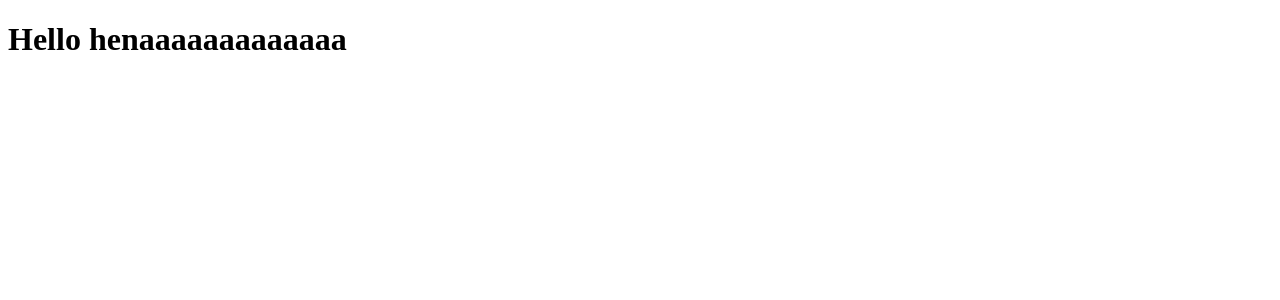
Repository: heenasalim/Java_Script
Page: http://localhost/JsphDemo/Login.jsp
These files come from the project's save history. The page is drawn as it stood at one moment and after the next save; the edit follows.
The browser window is 1280 px wide. The pictures show the whole page.
The page is served by Tomcat 9. Other server files are loaded and not shown.

Above is the page before, as saved 2015-10-15 15:58:21.

### JsphDemo/WebContent/Login.jsp
<%@ page language="java" contentType="text/html; charset=ISO-8859-1"
    pageEncoding="ISO-8859-1"%>
<!DOCTYPE html PUBLIC "-//W3C//DTD HTML 4.01 Transitional//EN" "http://www.w3.org/TR/html4/loose.dtd">
<html>
<head>
<meta http-equiv="Content-Type" content="text/html; charset=ISO-8859-1">
<title>heena  salim   shaikh</title>
</head>
<body>
<h1>Hello   henaaaaaaaaaaaaa  </h1>

</body>
</html>

After the next save:
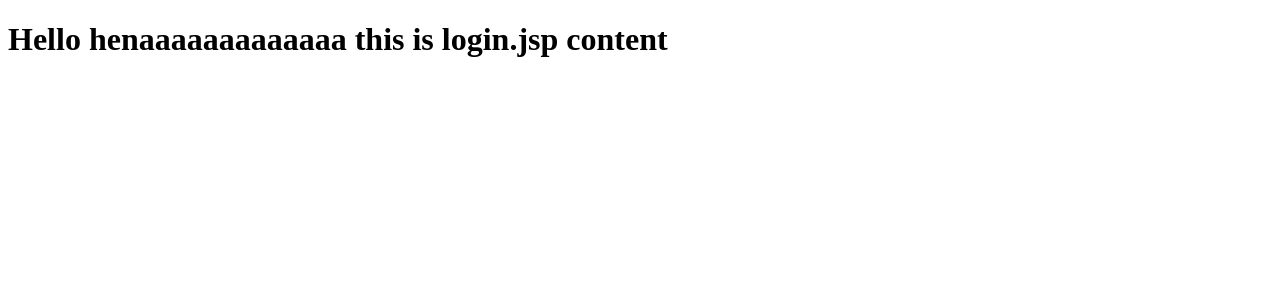
Saved 12 min 33 s later.
--- a/JsphDemo/WebContent/Login.jsp
+++ b/JsphDemo/WebContent/Login.jsp
@@ -7,7 +7,7 @@
 <title>heena  salim   shaikh</title>
 </head>
 <body>
-<h1>Hello   henaaaaaaaaaaaaa  </h1>
+<h1>Hello   henaaaaaaaaaaaaa    this  is  login.jsp  content</h1>
 
 </body>
 </html>
